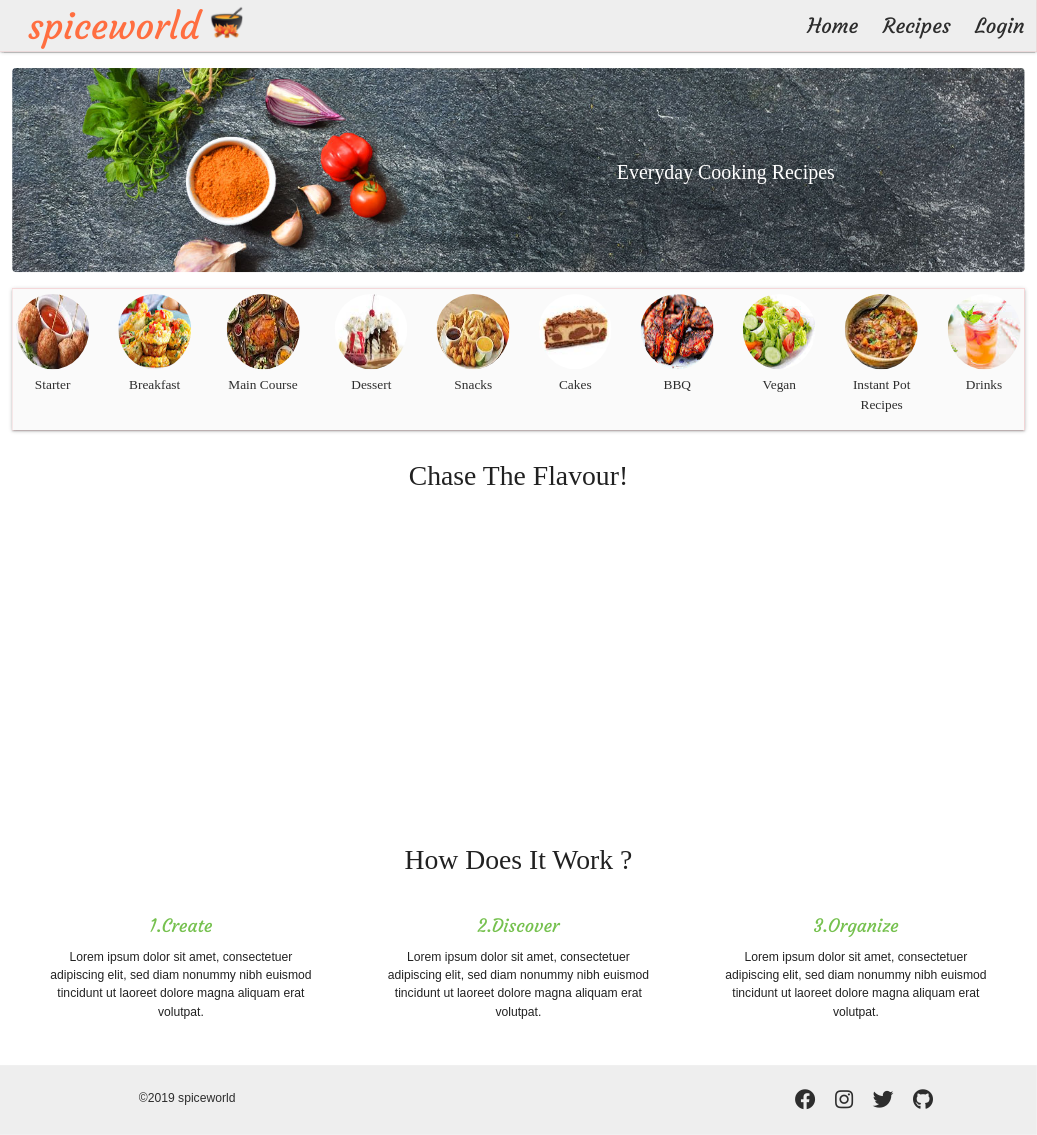
Repository: stephyraju/spiceworld
Page: http://localhost/
The author's editor kept a record of every edit. The page is drawn from the files as they stood at one moment, then again after the next edit.
The browser window is 1280 px wide. The pictures show the whole page, at 81% of full size.
Some web libraries are served in a nearby version. The page is served by the project's application, run on Flask 3 (app.py). Queries for data that is not in the repository find no rows.

Above is the page before.
Console error: TypeError: Cannot read properties of undefined (reading 'clientWidth')

### templates/index.html
{% extends 'base.html'%} {% block content %}
<!-- Title image -->
<section class="title-container section-container">
 <img src="{{ url_for('static', filename='images/titleimg.jpg') }}" alt="title image">
 <div class="intro-content">
  <h5>Everyday Cooking Recipes</h5>
 </div>
</section>

<!-- Subnav-Category -->
<section class="category-container section-container">
<nav>
    <div class="nav-wrapper grey lighten-5 subnav-filters">
      <ul class="menu-list center">
        <li>
        <img class="subnav-img" src="{{ url_for('static', filename='images/starter.jpeg') }}" alt="Starter">
        <a href="{{ url_for('get_starter') }}">Starter</a>
        </li>
        <li>
        <img class="subnav-img" src="{{ url_for('static', filename='images/bf.jpeg') }}" alt="Breakfast">
        <a href="{{ url_for('get_breakfast') }}">Breakfast</a>
        </li>
        <li>
        <img class="subnav-img" src="{{ url_for('static', filename='images/main.jpeg') }}" alt="Main Course">
        <a href="{{ url_for('get_main') }}">Main Course</a>
        </li>
        <li>
        <img class="subnav-img" src="{{ url_for('static', filename='images/dessert.jpeg') }}" alt="Dessert">
        <a href="{{ url_for('get_dessert') }}">Dessert</a>
        </li>
        <li>
        <img class="subnav-img" src="{{ url_for('static', filename='images/snacks.jpeg') }}" alt="Snacks">
        <a href="{{ url_for('get_snacks') }}">Snacks</a>
        </li>
        <li>
        <img class="subnav-img" src="{{ url_for('static', filename='images/cakes.jpeg') }}" alt="Cakes">
        <a href="{{ url_for('get_cakes') }}">Cakes</a>
        </li>
        <li>
        <img class="subnav-img" src="{{ url_for('static', filename='images/bbq.jpeg') }}" alt="BBQ">
        <a href="{{ url_for('get_bbq') }}">BBQ</a>
        </li>
        <li>
        <img class="subnav-img" src="{{ url_for('static', filename='images/vegan.jpeg') }}" alt="VeganRecipes">
        <a href="{{ url_for('get_vegan') }}">Vegan</a>
        </li>
        <li>
        <img class="subnav-img" src="{{ url_for('static', filename='images/instant.jpeg') }}" alt="Instant Pot Recipes">
        <a href="{{ url_for('get_instant') }}">Instant Pot<br> Recipes</a>
        </li>
        <li>
        <img class="subnav-img" src="{{ url_for('static', filename='images/drinks.jpeg') }}" alt="Drinks">
        <a href="{{ url_for('get_drinks') }}">Drinks</a>
        </li>
      </ul>
    </div>
  </nav>

<!--

   <nav>
    <div class="nav-wrapper transparent subnav-filters">
      <ul class="center hide-on-med-and-down">
        <li>
        <img class="subnav-img" src="{{ url_for('static', filename='images/starter.jpeg') }}" alt="Starter">
        <a href="{{ url_for('get_starter') }}">Starter</a>
        </li>
        <li><a href="badges.html">Components</a></li>
        <li><a href="collapsible.html">JavaScript</a></li>
      </ul>
    </div>
  </nav>
  -->
</section>
<!-- Carosal-Display -->
<section class="carosal-section">
        <div class="col s12 carousel-display ">
        <h4 class="center">Chase The Flavour!</h4>
            <div class="carousel">
                {% for recipe in recipes%}
                <div class="carousel-item">
                    <div class="row">
                        <div class="col s12">
                            <a href="{{url_for('view_recipe', recipe_id=recipe._id)}}">
                                {% if recipe.image_url %}
                                <img class="responsive-img"
                                    src="{{recipe.image_url}}">
                                {% else %}
                                <img class="img-carousel" src="{{url_for('static', filename='img/default.jpg')}}">
                                {% endif %}
                            </a>
                        </div>
                    </div>
                    <div class="row recipe-name">
                        <div class="col s12 center-align">
                            <h5 class="teal-text"> {{recipe.recipe_name}} </h5>
                        </div>
                    </div>

                </div>
                {% endfor %}
            </div>
        </div>

    </section>

<!-- Description -->
<section class="section-container div-description">
 <div class="row cells center">
  <div class="col s12">
   <h4> How Does It Work ?</h3>
  </div>
  <div class="col s12 m4 content">
   <h5>1.Create</h5>
   <p>Lorem ipsum dolor sit amet, consectetuer adipiscing elit, sed diam nonummy nibh euismod tincidunt ut laoreet dolore magna aliquam erat volutpat. </p>
  </div>
  <div class="col s12 m4 content">
   <h5>2.Discover</h5>
   <p>Lorem ipsum dolor sit amet, consectetuer adipiscing elit, sed diam nonummy nibh euismod tincidunt ut laoreet dolore magna aliquam erat volutpat. </p>
  </div>
  <div class="col s12 m4 content">
   <h5>3.Organize</h5>
   <p>Lorem ipsum dolor sit amet, consectetuer adipiscing elit, sed diam nonummy nibh euismod tincidunt ut laoreet dolore magna aliquam erat volutpat. </p>
  </div>
 </div>
</section>

{% endblock %}

### templates/base.html
<!DOCTYPE html>
<html lang="en">

<head>
  <meta charset="UTF-8">
  <meta name="viewport" content="width=device-width, initial-scale=1.0">
  <meta http-equiv="X-UA-Compatible" content="ie=edge">
  <title>spiceworld</title>

  <!--Import Google Icon Font-->
  <link href="https://fonts.googleapis.com/icon?family=Material+Icons" rel="stylesheet">
  <!--Font Awesome-->
  <link rel="stylesheet" href="https://use.fontawesome.com/releases/v5.8.2/css/all.css" integrity="sha384-oS3vJWv+0UjzBfQzYUhtDYW+Pj2yciDJxpsK1OYPAYjqT085Qq/1cq5FLXAZQ7Ay" crossorigin="anonymous">
  <!--Materialize CSS-->
  <link rel="stylesheet" href="https://cdnjs.cloudflare.com/ajax/libs/materialize/1.0.0/css/materialize.min.css">
  <!--CSS-->
  <link rel="stylesheet" href="{{ url_for('static', filename='css/style.css')}}" type="text/css" />

</head>

<body>

  <!--Header-->
  <header class="navbar-fixed">
    <nav>
      <div class="nav-wrapper grey lighten-3">
        <a href="#" class="brand-logo">spiceworld <img class="hide-on-med-and-down" src="{{ url_for('static', filename='images/logo.png') }}"></a>
        <a href="#" data-target="mobile-sidenav" class="sidenav-trigger"><i class="fas fa-bars"></i></a>
        <ul id="nav-mobile" class="right hide-on-med-and-down">
          <li><a href="{{ url_for('index') }}">Home</a></li>
          <li><a href="{{ url_for('get_recipes') }}">Recipes</a></li>
          {% if 'username' in session %}
          <li><a href="{{ url_for('add_recipe') }}">Add Recipes</a></li>
          {% endif %}
          <li><a href="{{url_for('login')}}">Login</a></li>
          {% if 'username' in session %}
          <li><a href="{{url_for('logout')}}">Logout</a></li>
          {% endif %}
        </ul>
      </div>
    </nav>
  </header>
  <!--Sidenav-->
  <ul class="sidenav" id="mobile-sidenav">
    <img class="responsive-img" src="{{ url_for('static', filename='images/sidenav.png') }}" alt="spices-image">

    <li><a class="active" href="{{ url_for('index') }}">Home</a></li>
    <li><a href="{{ url_for('get_recipes') }}">Recipes</a></li>
          <li><a href="{{ url_for('add_recipe') }}">Add Recipes</a></li>
          <li><a href="{{url_for('login')}}">Login</a></li>
    <li><a class="waves-effect" href="#!">Third Link With Waves</a></li>
  </ul>

  <main>
    {% block content %}
    {% endblock %}
  </main>

  <footer class="page-footer grey lighten-3">

     <div class="row footer-content">
        <div class="col s5 m6">
          <div class="copyright">&copy;2019 spiceworld</div>
        </div>
        <div class="col s7 m3">
                    <a href="https://www.facebook.com/" target="_blank"><i class="fab fa-facebook social-icon"></i></a>
                    <a href="https://www.instagram.com/" target="_blank"><i class="fab fa-instagram social-icon"></i></a>
                    <a href="https://www.twitter.com/" target="_blank"><i class="fab fa-twitter social-icon"></i></a>
                    <a href="https://github.com/stephyraju" target="_blank"><i class="fab fa-github social-icon"></i></a>
        </div>

      </div>

  </footer>

  <script src="https://code.jquery.com/jquery-3.4.0.slim.js" integrity="sha256-milezx5lakrZu0OP9b2QWFy1ft/UEUK6NH1Jqz8hUhQ=" crossorigin="anonymous"></script>
  <script src="https://cdnjs.cloudflare.com/ajax/libs/materialize/1.0.0/js/materialize.min.js"></script>
  <script src="{{ url_for('static', filename='js/main.js') }}"></script>
</body>

</html>

### app.py
import os
from flask import Flask, render_template, redirect, request, url_for, session, flash
from flask_pymongo import PyMongo
from bson.objectid import ObjectId
import bcrypt
import logging


# declaring app name
app = Flask(__name__)

app.config['SECRET_KEY'] = os.getenv('SECRET')
app.config["MONGO_DBNAME"] = 'cook_book'
app.config["MONGO_URI"] = os.getenv('MONGO_URI', 'mongodb://localhost')

# Logging Config
logging.basicConfig(level=logging.INFO)


mongo = PyMongo(app)

@app.route('/')
@app.route('/index')
def index():

    return render_template("index.html", recipes=mongo.db.recipes.find())

#@app.route('/get_recipes',methods=['POST','GET'])
#def get_recipes():
 #   return render_template("recipes.html", recipes=mongo.db.recipes.find())


# -------CREATE---------#

@app.route('/add_recipe')
def add_recipe():
     return render_template("addrecipe.html",
               recipes=mongo.db.recipes.find(),
               categories = mongo.db.categories.find(),
               cuisines=mongo.db.cuisines.find(),
               difficulty=mongo.db.difficulty.find(),
               allergens=mongo.db.allergens.find())


@app.route('/insert_recipe', methods=['POST'])
def insert_recipe():
    print(request.form)
    print(request.form.getlist('ingredients[]'))
    print(request.form.getlist('preparation[]'))
    print(request.form.to_dict())
    recipes = mongo.db.recipes
    data = request.form.to_dict()
    data.update({'ingredients':request.form.getlist('ingredients[]')})
    data.update({'preparation':request.form.getlist('preparation[]')})
    del data['ingredients[]']
    del data['preparation[]']
    recipes.insert_one(data)
    return redirect(url_for('get_recipes'))

#-------READ--------#

@app.route("/get_recipes", methods=['GET'])
def get_recipes():
    return render_template('recipes.html',
                         recipes=mongo.db.recipes.find(),
                         categories = mongo.db.categories.find())

@app.route('/view_recipe/recipe_id?=<recipe_id>')
def view_recipe(recipe_id):
    recipe = mongo.db.recipes.find_one({"_id": ObjectId(recipe_id)})
    return render_template('view.html',
                        title='View Recipe',
                        username=session['username'],
                        recipe=recipe)
#-----------Search-----------#
@app.route('/search', methods=['POST'])
def search():
    print(request.form)
    print(request.form.to_dict())
    word_find = request.form["word_find"]
    mongo.db.recipes.create_index([("$**", 'text')])
    recipes = mongo.db.recipes.find({"$text":{"$search": word_find}})
    return render_template('recipes.html',
                            title="View recipes",
                            recipes=recipes,
                            username=session['username'],
                            categories = mongo.db.categories.find(),
                            cuisines=mongo.db.cuisines.find(),
                            difficulty=mongo.db.difficulty.find(),
                            allergens=mongo.db.allergens.find())


@app.route('/get_starter', methods=['GET'])
def get_starter():
    return render_template('recipes.html', title='Starters', recipes=mongo.db.recipes.find({'category_name': 'Starter'}))

@app.route('/get_breakfast', methods=['GET'])
def get_breakfast():
    return render_template('recipes.html', title='Desserts', recipes=mongo.db.recipes.find({'category_name': 'Breakfast'}))

@app.route('/get_main', methods=['GET'])
def get_main():
    return render_template('recipes.html', title='Main course', recipes=mongo.db.recipes.find({'category_name': 'Main Course'}))

@app.route('/get_dessert', methods=['GET'])
def get_dessert():
    return render_template('recipes.html', title='Desserts', recipes=mongo.db.recipes.find({'category_name': 'Dessert'}))

@app.route('/get_snacks', methods=['GET'])
def get_snacks():
    return render_template('recipes.html', title='Snacks', recipes=mongo.db.recipes.find({'category_name': 'Snacks'}))

@app.route('/get_cakes', methods=['GET'])
def get_cakes():
    return render_template('recipes.html', title='Cakes', recipes=mongo.db.recipes.find({'category_name': 'Cakes'}))

@app.route('/get_bbq', methods=['GET'])
def get_bbq():
    return render_template('recipes.html', title='BBQ', recipes=mongo.db.recipes.find({'category_name': 'BBQ'}))

@app.route('/get_vegan', methods=['GET'])
def get_vegan():
    return render_template('recipes.html', title='Vegan', recipes=mongo.db.recipes.find({'category_name': 'Vegan'}))

@app.route('/get_instant', methods=['GET'])
def get_instant():
    return render_template('recipes.html', title='Instant Pot', recipes=mongo.db.recipes.find({'category_name': 'Instant Pot'}))

@app.route('/get_drinks', methods=['GET'])
def get_drinks():
    return render_template('recipes.html', title='Drinks', recipes=mongo.db.recipes.find({'category_name': 'Drinks'}))

#-----------UPDATE-----------#

@app.route('/edit_recipe/<recipe_id>',methods=['GET'])
def edit_recipe(recipe_id):
    recipe = mongo.db.recipes.find_one({"_id":ObjectId(recipe_id)})
    return render_template('editrecipe.html',
                            recipe=recipe,
                            categories=mongo.db.categories.find(),
                            cuisine=mongo.db.cuisine.find(),
                            difficulty=mongo.db.difficulty.find(),
                            allergens=mongo.db.allergens.find())

@app.route('/update_recipe/<recipe_id>', methods=["POST"])
def update_recipe(recipe_id):
    print(mongo.db.recipes.find_one({"_id": ObjectId(recipe_id)}))
    print(request.form)
    print(request.form.to_dict())
    recipes = mongo.db.recipes
    recipes.update({"_id":ObjectId(recipe_id)},
        {
        'recipe_name':request.form.get('recipe_name'),
        'author':request.form.get('author'),
        'category_name':request.form.get('category_name'),
        'description': request.form.get('description'),
        'serves':request.form.get('serves'),
        'cooking_time':request.form.get('cooking_time'),
        'cuisine':request.form.get('cuisine'),
        'difficulty':request.form.get('difficulty'),
        'allergens':request.form.get('allergens'),
        'image_url' :request.form.get('image_url'),
        'ingredients':request.form.getlist('ingredients[]'),
        'preparation':request.form.getlist('preparation[]')
        })
    return redirect(url_for('view_recipe',recipe_id=recipe_id))

#-----------DELETE-----------#
@app.route('/delete_recipe/<recipe_id>')
def delete_recipe(recipe_id):
    mongo.db.recipes.remove({"_id":ObjectId(recipe_id)})
    return redirect(url_for('get_recipes'))

#-----------Register-----------#
#https://www.youtube.com/watch?v=vVx1737auSE

@app.route('/register', methods=['GET','POST'])
def register():
    logging.info('Inside Registering.....')
    if request.method == 'POST':
        logging.info('User name: ' + str(request.form['username'].lower()))
        session['username'] = request.form['username'].lower()
        logging.info('Mongo User: ' + str(mongo.db.users))
        users = mongo.db.users
        user_exists = users.find_one({'author':request.form['username'].lower()})
        logging.info('User exists: ' + str(user_exists))

        if user_exists is None:
            logging.info('User Does not exist. Creating new user')
            hashpass = bcrypt.hashpw(request.form['password'].encode('utf-8'), bcrypt.gensalt())
            users.insert({'author':request.form['username'].lower(), 'password':hashpass})
            session['username'] = request.form['username'].lower()
            return redirect(url_for('get_recipes'))

        flash('Username already exists, please choose a different one.')
        logging.info('User already exist. Skipping new user')
        session.pop('username', None)
        return render_template('register.html', title="Register")

    return render_template('register.html', title="Register")

#-----------Login-----------#

@app.route('/login',methods=['GET','POST'])
def login():
    if request.method == 'POST':
        session["username"] = request.form["username"].lower()
        users = mongo.db.users
        user_login = users.find_one({'author':request.form['username'].lower()})

        if user_login:
            if bcrypt.hashpw(request.form['password'].encode('utf-8'), user_login['password']) == user_login['password']:
                # session["username"] = request.form["username"].lower()
                return redirect(url_for('get_recipes'))

        flash('The login details are not correct')
        session.pop('username', None)
        return render_template('login.html',  title="Login")

    return render_template('login.html',  title="Login")

#-----------Logout-----------#
@app.route('/logout')
def logout():
   # remove the username from the session if it is there
   session.pop('username', None)
   return redirect(url_for('index'))

#-----------Account-----------#
@app.route("/account/<account_name>, methods=['GET']")
def account(account_name):
    logging.info("Account Name is: " + str(account_name))
    #users = mongo.db.users
    #logging.info("Users are: " + str(users))
    #logging.info("Users find all are: " + str(users.find()))
    #user_exists = users.find_one({'author':request.form['users'].lower()})
    #logging.info('User exists: ' + str(user_exists))


    recipes_submitted_by_user = mongo.db.recipes.find(
            {"username": account_name})
    logging.info("Recipes submitted by user: " + str(recipes_submitted_by_user))

    total_recipes_by_user = recipes_submitted_by_user.count()
    if account_name != session.get('username'):
        flash("You can only access your own account page.")
        return redirect(url_for('index'))
    else:
        users = mongo.db.users.find_one({"username": account_name})
        recipe_submitted_by_user = mongo.db.recipes.find(
            {"username": account_name})
    return render_template('account.html',
                            users_recipes=recipe_submitted_by_user,
                            total_recipes_by_user = recipes_submitted_by_user.count() )

if __name__ == '__main__':
    app.run(host=os.environ.get('IP'),
            port=int(os.environ.get('PORT')),
            debug=True)

### static/css/style.css
@import url('https://fonts.googleapis.com/css?family=Courgette&display=swap');

body {
  font-family: 'ProximaNova Regular', sans-serif;
  display: flex;
  flex-direction: column;
  min-height: 100vh;
  overflow-x: hidden;
}
main {
    flex: 1 0 auto;
  }

.section-container {
  max-width: 100%;
  margin-left: auto;
  margin-right: auto;
  padding-left: 15px;
  padding-right: 15px;
  border-radius: 5px;
}

/* -------- Nav Bar ----------*/

nav {
  font-family: 'Courgette', 'sans-serif';
}

nav .brand-logo {
  color: #ff6e40;
  font-size: 3rem;
  font-family: 'Courgette', 'cursive', 'sans-serif';
  -webkit-transition: 0.2s;
  -o-transition: 0.2s;
  transition: 0.2s;
}

@media screen and (min-width: 993px) {
  nav .brand-logo {
    margin-left: 2.3rem;
  }
}

nav ul a {
  color: #2d2d2d;
  font-size: 1.7rem;
  font-family: 'Courgette', 'sans-serif';
}

nav ul a:hover,
nav ul .active {
  color: #76c14f;
}

.fa-bars {
  color: #ff6e40;
}

h4,
h5 {
  font-family: 'Muli', 'sans-serif';
}

/*--------Title----------*/

.title-container {
  position: relative;
  text-align: center;
  color: white;
  width: 100%;
  margin-top: 20px;
}

.title-container img {
  display: block;
  width: 100%;
  height: 35vh;
  object-fit: cover;
  border-radius: 5px;
}

.intro-content {
  position: absolute;
  top: 50%;
  left: 70%;
  transform: translate(-50%, -50%);
}

/*--------Subnav-Category---------*/

.category-container {
  font-size: 1.2rem;
  margin-top: 20px;
  height: 150px;
}

.subnav-img {
  border-radius: 50%;
  width: 100px;
  height: 100px;
  padding-top: 7px;
  padding-left: 5px;
  padding-right: 5px;
}

.category-container .menu-list {
  display: flex;
  justify-content: space-between;
}

.category-container nav ul a {
  color: #2d2d2d;
  font-size: 1.1rem;
  font-family: 'Muli', 'sans-serif';
}

.menu-list {
  overflow-y: scroll;
}

@media only screen and (min-width: 601px) {
  .catergory-container nav,
  nav .nav-wrapper i {
    height: 164px;
    line-height: 25px;
  }
}

@media only screen and (min-width:320px) {
  .category-container nav,
  nav .nav-wrapper i{
    height: 175px;
    line-height: 25px;
  }
}
/*-----carousel slider----- */

.carousel-display h4 {
  padding-top: 40px;
}

.carousel .carousel-item {
  width: 300px;
  height: 300px;
}

.img-carousel {
  width: 200px;
  box-shadow: 2px 2px 12px #3f1e09;
}

.carousel .recipe-name {
  visibility: hidden;
}

.carousel .active .recipe-name {
  visibility: visible;
}

/*--------Description---------*/

.cells h4 {
  font-family: 'Muli', 'sans-serif';
}

.cells h5 {
  color: #76c14f;
  font-size: 1.5rem;
  font-family: 'Courgette', sans-serif;
}

p {
  padding-left: 30px;
  padding-right: 30px;
}

.content {
  margin-top: 20px;
  margin-bottom: 20px;
}


/*--------Recipes---------*/

.recipe-card .card .card-image img {
  display: block;
  position: relative;
  width: 100%;
  height: 200px;
}

.recipe-card .card-content {
  height: 150px;
}

.card-label {
  position: absolute;
  font-size: 0.8rem;
  top:10px;
  right: 10px;
  margin-top: 7px;
  padding: 2px 8px;
  border: 1px;
  color: white !important;
  background-color: #00528b;
  text-transform: uppercase;
  z-index: 1;
}
.cat-name{
   display: block;
}
/*--------View Recipe---------*/

.icon-color {
  color: rgb(109, 174, 177);
}

.recipe-view .card {
  background-color: #fcf4ec;
}

.preparation ol li {
  padding: 0px 15px 15px 15px;
}

.ingredients ul li {
  padding: 0px 15px 15px 15px;
  list-style-type: square;
}


/*--------Footer---------*/

.page-footer i {
  color: #2d2d2d;
}

.page-footer i:hover {
  color: #ff6e40;
}

.page-footer {
  min-height: 45px;
}

.footer-content {
  display: flex;
  color: #2d2d2d;
}

.copyright {
  padding-top: 10px;
}

.social-icon {
  margin: 10px;
  color: white;
  font-size: 1.7rem;
}

Loaded but not shown: static/js/main.js (47 lines, source omitted)

After the next edit:
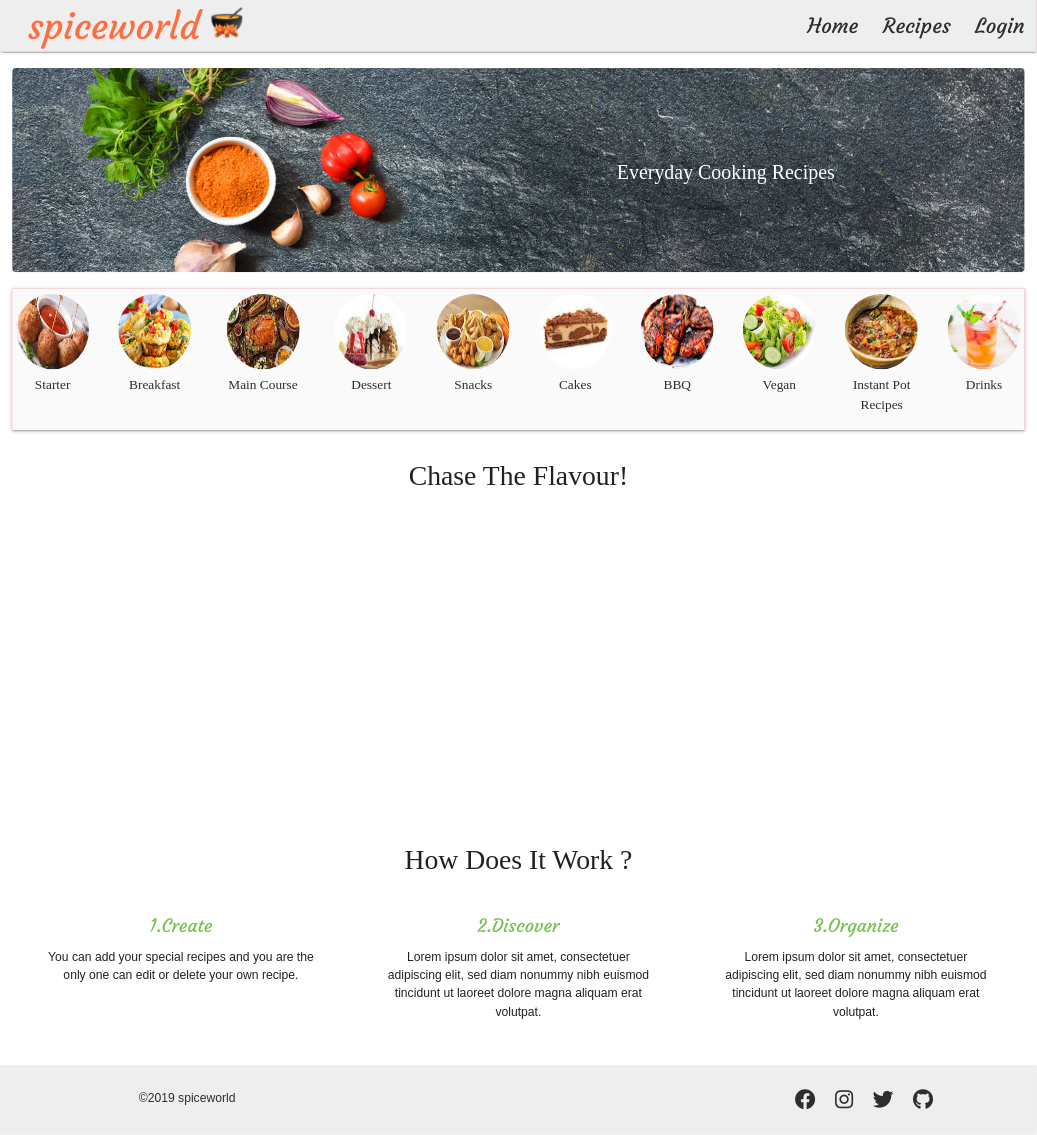
The edit:
--- a/templates/index.html
+++ b/templates/index.html
@@ -112,7 +112,7 @@
   </div>
   <div class="col s12 m4 content">
    <h5>1.Create</h5>
-   <p>Lorem ipsum dolor sit amet, consectetuer adipiscing elit, sed diam nonummy nibh euismod tincidunt ut laoreet dolore magna aliquam erat volutpat. </p>
+   <p>You can add your special recipes and you are the only one can edit or delete your own recipe.</p>
   </div>
   <div class="col s12 m4 content">
    <h5>2.Discover</h5>
